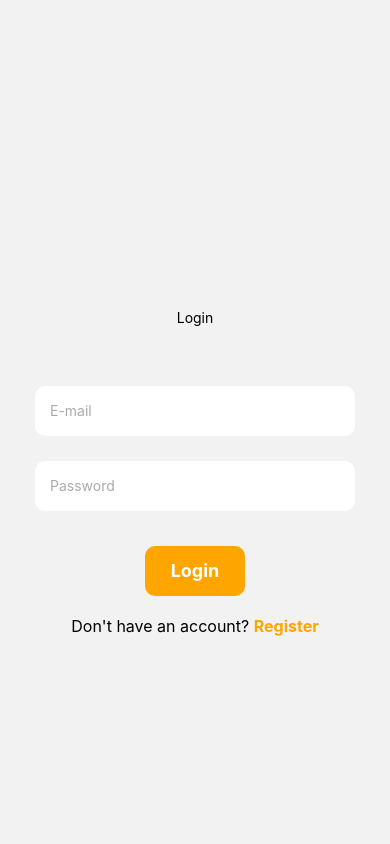
Repository: ds-mbappe/UpShoCal
Screen: /
These files come from the project's save history. The screen is drawn as it stood at one moment and after the next save; the edit follows.
The app was drawn by React Native's web renderer in a window 390 px wide. The project was rebuilt for these pictures with package versions that can differ from the ones it lists, and the page was loaded fresh each time. Also part of the build but not shown: data.js, Screens/Home.js, Screens/Product.js, Screens/Registration.js.

Above is the screen before, as saved 2022-06-07 13:51:37.

### App.js
import React, { useEffect, useState } from "react";
import { NavigationContainer } from "@react-navigation/native";
import { createNativeStackNavigator } from "@react-navigation/native-stack";
import { createDrawerNavigator } from "@react-navigation/drawer";
import Home from "./Screens/Home";
import Product from "./Screens/Product";
import Login from "./Screens/Login";
import Registration from "./Screens/Registration";

const Stack = createNativeStackNavigator();
const Drawer = createDrawerNavigator();

const Root = () => {
  return (
    <Stack.Navigator initialRouteName="Home">
      <Stack.Screen
        name="Root"
        component={Home}
        options={{ headerShown: false }}
      />
      <Stack.Screen
        name="Product"
        component={Product}
        options={{ headerShown: false }}
      />
    </Stack.Navigator>
  );
};

export default function App() {
  const [loading, setLoading] = useState(true);

  const [user, setUser] = useState(null);

  return (
    <NavigationContainer>
      <Stack.Navigator>
        {user ? (
          <Stack.Screen
            name="Root"
            component={Root}
            options={{ headerShown: false }}
          />
        ) : (
          <>
            <Stack.Screen
              name="Login"
              component={Login}
              options={{ headerShown: false }}
            />
            <Stack.Screen
              name="Registration"
              component={Registration}
              options={{ headerShown: false }}
            />
          </>
        )}
      </Stack.Navigator>
    </NavigationContainer>
    // <NavigationContainer>
    //   <Drawer.Navigator screenOptions={{ drawerPosition: "right" }}>
    //     <Drawer.Screen
    //       name="Home"
    //       component={Root}
    //       options={{ headerShown: false }}
    //     />
    //   </Drawer.Navigator>
    // </NavigationContainer>
  );
}

### Screens/Login.js
import {
  StyleSheet,
  Text,
  TextInput,
  TouchableOpacity,
  View,
  ScrollView,
} from "react-native";
import React, { useState } from "react";

const Login = ({ navigation }) => {
  const [email, setEmail] = useState("");

  const [password, setPassword] = useState("");

  const onFooterLinkPress = () => {
    navigation.navigate("Registration");
  };

  const onLoginPress = () => {
    console.log("Pressed");
  };

  return (
    <ScrollView
      style={{ flex: 1, width: "100%" }}
      contentContainerStyle={{ flexGrow: 1, justifyContent: "center" }}
    >
      <View style={styles.container}>
        <Text style={{ marginTop: 100, marginBottom: 50 }}>Login</Text>
        <TextInput
          style={styles.input}
          placeholder="E-mail"
          placeholderTextColor="#AAAAAA"
          onChangeText={(text) => setEmail(text)}
          value={email}
          autoCapitalize="none"
        />
        <TextInput
          style={styles.input}
          placeholder="Password"
          placeholderTextColor="#AAAAAA"
          secureTextEntry={true}
          onChangeText={(text) => setPassword(text)}
          value={password}
          autoCapitalize="none"
        />
        <TouchableOpacity style={styles.button} onPress={() => onLoginPress()}>
          <Text style={styles.buttonTitle}>Login</Text>
        </TouchableOpacity>
        <View style={styles.footerView}>
          <Text style={styles.footerText}>
            Don't have an account?{" "}
            <Text style={styles.footerLink} onPress={onFooterLinkPress}>
              Register
            </Text>
          </Text>
        </View>
      </View>
    </ScrollView>
  );
};

export default Login;

const styles = StyleSheet.create({
  container: {
    flex: 1,
    justifyContent: "center",
    alignItems: "center",
  },
  input: {
    width: 320,
    height: 50,
    borderRadius: 10,
    overflow: "hidden",
    backgroundColor: "white",
    marginTop: 10,
    marginBottom: 15,
    marginStart: 30,
    marginEnd: 30,
    paddingStart: 15,
  },
  button: {
    backgroundColor: "orange",
    marginStart: 30,
    marginEnd: 30,
    marginTop: 20,
    borderRadius: 10,
    width: 100,
    height: 50,
    justifyContent: "center",
    alignItems: "center",
  },
  buttonTitle: {
    color: "white",
    fontSize: 18,
    fontWeight: "bold",
  },
  footerView: {
    justifyContent: "center",
    alignItems: "center",
    marginTop: 20,
  },
  footerText: {
    fontSize: 16,
    color: "black",
  },
  footerLink: {
    color: "orange",
    fontWeight: "bold",
    fontSize: 16,
  },
});

After the next save:
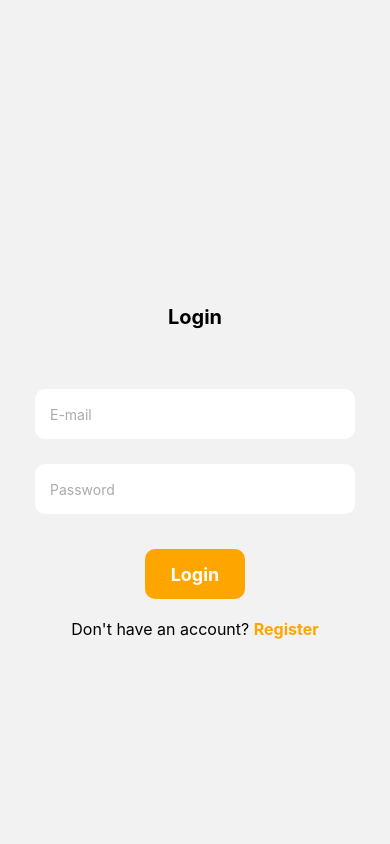
Saved 19 s later.
--- a/Screens/Login.js
+++ b/Screens/Login.js
@@ -27,7 +27,16 @@ const Login = ({ navigation }) => {
       contentContainerStyle={{ flexGrow: 1, justifyContent: "center" }}
     >
       <View style={styles.container}>
-        <Text style={{ marginTop: 100, marginBottom: 50 }}>Login</Text>
+        <Text
+          style={{
+            fontSize: 20,
+            fontWeight: "bold",
+            marginTop: 100,
+            marginBottom: 50,
+          }}
+        >
+          Login
+        </Text>
         <TextInput
           style={styles.input}
           placeholder="E-mail"
